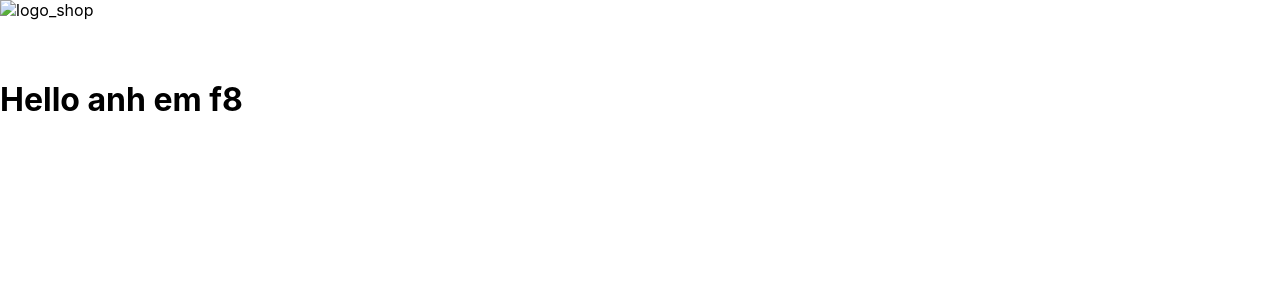
Repository: manhhieu120499/BadmintonShop
Page: /
These files come from the project's save history. The page is drawn as it stood at one moment and after the next save; the edit follows.
The browser window is 1280 px wide. The pictures show the whole page.
The project was rebuilt for these pictures with package versions that can differ from the ones it lists, and the page was loaded fresh each time.

Above is the page before, as saved 2024-08-18 17:24:57.

### src/App.js
import './App.css';
import { DefaultLayout } from './layouts/DefaultLayout';

function App() {
	return (
		<DefaultLayout>
			<div className="App">
				<h1>Hello anh em f8</h1>
			</div>
		</DefaultLayout>
	);
}

export default App;

### src/App.css
/*reset css*/
* {
	margin: 0;
	padding: 0;
	box-sizing: border-box;
}

### src/layouts/DefaultLayout/DefaultLayout.js
import classNames from 'classnames/bind';
import styles from './DefaultLayout.module.scss';
import { Header } from '../components/';

const cx = classNames.bind(styles);

function DefaultLayout({ children }) {
	return (
		<div className={cx('container')}>
			<Header />
			{children}
		</div>
	);
}

export default DefaultLayout;

### src/layouts/DefaultLayout/DefaultLayout.module.scss
.container {
	width: 100vw;
	min-height: 100vh;
	background-color: white;
}

### src/layouts/components/Header/Header.js
import classNames from 'classnames/bind';
import styles from './Header.module.scss';
import images from '../../../assets/images';

const cx = classNames.bind(styles);
function Header() {
	return (
		<div className={cx('wrapper')}>
			<img
				className={cx('logo-brand')}
				src={images.logo}
				alt="logo_shop"
			/>
		</div>
	);
}

export default Header;

### src/layouts/components/Header/Header.module.scss
.wrapper {
	height: 80px;
	width: 100%;
}

### src/assets/images/index.js
const images = {
	logo: require('./assets/images/logo.svg').default,
};

export default images;

Loaded but not shown: public/index.html (common file); src/index.js (common file); src/index.css (common file); src/reportWebVitals.js (common file); src/layouts/DefaultLayout/index.js (common file); src/layouts/components/index.js (common file); src/layouts/components/Header/index.js (common file)

After the next save:
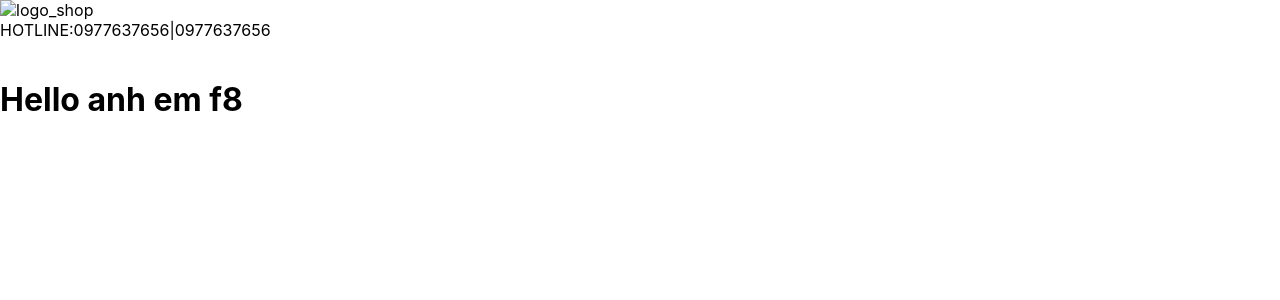
Saved 4 min 26 s later.
--- a/src/layouts/components/Header/Header.js
+++ b/src/layouts/components/Header/Header.js
@@ -11,6 +11,17 @@ function Header() {
 				src={images.logo}
 				alt="logo_shop"
 			/>
+			<div className={cx('header-content')}>
+				<div className={cx('info-contact')}>
+					{/** icon */}
+					<p>
+						HOTLINE:
+						<span>0977637656</span>
+						<span>|</span>
+						<span>0977637656</span>
+					</p>
+				</div>
+			</div>
 		</div>
 	);
 }
